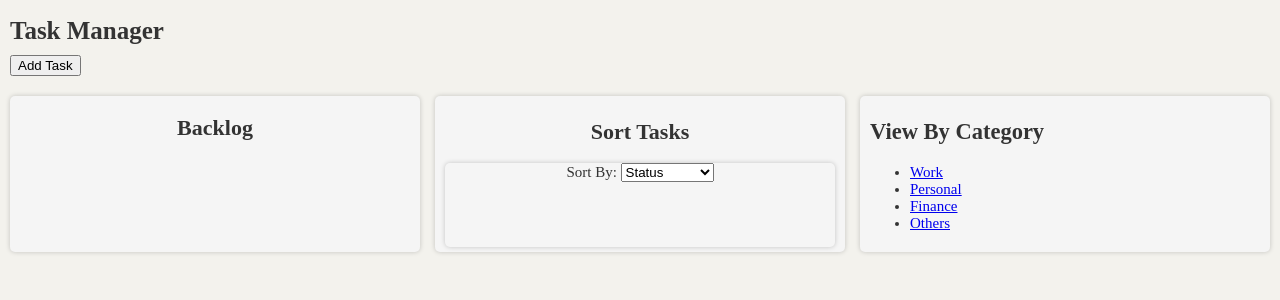
Repository: n-shen/task-tracker
Page: / (app in frontend/)
An editor plug-in stored every save of this project. The page is shown before and after the next save, followed by the edit.
The browser window is 1280 px wide. The pictures show the whole page.
The project was rebuilt for these pictures with package versions that can differ from the ones it lists, and the page was loaded fresh each time. Also part of the build but not shown: frontend/src/components/taskManager/addTask.jsx, frontend/src/components/tasks/task.jsx, frontend/src/components/taskManager/categoryTasks.jsx. Imported but missing from the stored project, and not drawn on this page: frontend/src/reportWebVitals.

Above is the page before, as saved 2023-04-20 14:11:12.

### frontend/public/index.html
<!DOCTYPE html>
<html lang="en">
  <head>
    <meta charset="utf-8" />
    <link rel="icon" href="%PUBLIC_URL%/favicon.ico" />
    <meta name="viewport" content="width=device-width, initial-scale=1" />
    <meta name="theme-color" content="#000000" />
    <meta
      name="description"
      content="Web site created using create-react-app"
    />
    <link rel="apple-touch-icon" href="%PUBLIC_URL%/logo192.png" />
    <!--
      manifest.json provides metadata used when your web app is installed on a
      user's mobile device or desktop. See https://developers.google.com/web/fundamentals/web-app-manifest/
    -->
    <link rel="manifest" href="%PUBLIC_URL%/manifest.json" />
    <!--
      Notice the use of %PUBLIC_URL% in the tags above.
      It will be replaced with the URL of the `public` folder during the build.
      Only files inside the `public` folder can be referenced from the HTML.

      Unlike "/favicon.ico" or "favicon.ico", "%PUBLIC_URL%/favicon.ico" will
      work correctly both with client-side routing and a non-root public URL.
      Learn how to configure a non-root public URL by running `npm run build`.
    -->
    <title>Task Tracker App</title>
  </head>
  <body>
    <noscript>You need to enable JavaScript to run this app.</noscript>
    <div id="root"></div>
    <!--
      This HTML file is a template.
      If you open it directly in the browser, you will see an empty page.

      You can add webfonts, meta tags, or analytics to this file.
      The build step will place the bundled scripts into the <body> tag.

      To begin the development, run `npm start` or `yarn start`.
      To create a production bundle, use `npm run build` or `yarn build`.
    -->
  </body>
</html>

### frontend/src/index.js
import React from "react";
import ReactDOM from "react-dom/client";
import "./styles/index.css";
import App from "./App";
import reportWebVitals from "./reportWebVitals";
import { BrowserRouter } from "react-router-dom";

const root = ReactDOM.createRoot(document.getElementById("root"));
root.render(
  <React.StrictMode>
    <BrowserRouter>
      <App />
    </BrowserRouter>
  </React.StrictMode>
);

// If you want to start measuring performance in your app, pass a function
// to log results (for example: reportWebVitals(console.log))
// or send to an analytics endpoint. Learn more: https://bit.ly/CRA-vitals
reportWebVitals();

### frontend/src/styles/index.css
body {
  margin: 0;
  font-family: -apple-system, BlinkMacSystemFont, 'Segoe UI', 'Roboto', 'Oxygen',
    'Ubuntu', 'Cantarell', 'Fira Sans', 'Droid Sans', 'Helvetica Neue',
    sans-serif;
  -webkit-font-smoothing: antialiased;
  -moz-osx-font-smoothing: grayscale;
  background-color: #f2f5f5;
}

code {
  font-family: source-code-pro, Menlo, Monaco, Consolas, 'Courier New',
    monospace;
}

html {
  font-size: 62.5%;
}

### frontend/src/App.js
import React from "react";
import TaskManager from "./components/taskManager/manager";


function App() {
  return (
    <div className="App">
      <TaskManager />
    </div>
  );
}

export default App;

### frontend/src/components/taskManager/manager.jsx
import React, { useState, useEffect } from "react";
import AddTaskForm from "./addTask";
import TaskList from "../tasks/taskLists";
import SortTasks from "./sortTasks";
import ViewByCategory from "./viewByCategory";
import CategoryTask from "./categoryTasks";
import { Routes, Route } from "react-router-dom";
import "../../styles/manager.css";

const TaskManager = () => {
  const [tasks, setTasks] = useState(
    JSON.parse(localStorage.getItem("tasks")) || []
  );
  const [showAddTask, setShowAddTask] = useState(false);

  useEffect(() => {
    localStorage.setItem("tasks", JSON.stringify(tasks));
  }, [tasks]);

  const handleAddTask = (task) => {
    setTasks([...tasks, task]);
    setShowAddTask(false);
  };

  const handleShowAddTask = () => {
    setShowAddTask(true);
  };

  const handleHideAddTask = () => {
    setShowAddTask(false);
  };

  const handleDeleteTask = (index) => {
    const newTasks = [...tasks];
    newTasks.splice(index, 1);
    setTasks(newTasks);
  };

  const handleEditTask = (index, newTask) => {
    const newTasks = [...tasks];
    newTasks[index] = newTask;
    setTasks(newTasks);
  };

  return (
    <div className="taskManager">
      <div className="taskManager--wrapper">
        <h1 className="taskManager--title">Task Manager</h1>
          <div className="taskManager--addTask">
            <div className="taskManager--addTask__btn">
              <button onClick={handleShowAddTask} className="addTask-btn">
                Add Task
              </button>
            </div>
            <div className="taskManager--addTask__container">
              {showAddTask && (
                <AddTaskForm
                  onAdd={handleAddTask}
                  onHideAddTask={handleHideAddTask}
                />
              )}
            </div>
          </div>
          <div className="taskManager--grid">
          <div className="taskManager--taskList">
            <TaskList
              tasks={tasks}
              onDelete={handleDeleteTask}
              onEdit={handleEditTask}
            />
          </div>
          <div className="taskManager--sort">
            <SortTasks tasks={tasks} />
          </div>
          <div className="taskManager--view">
            <Routes>
              <Route path="/" element={<ViewByCategory tasks={tasks} />} />
              <Route
                path="/category/:category"
                element={<CategoryTask tasks={tasks} />}
              />
            </Routes>
          </div>
        </div>
      </div>
    </div>
  );
};

export default TaskManager;

### frontend/src/components/tasks/taskLists.jsx

import React from "react";
import Task from "./task";
import "../../styles/taskList.css";

const TaskList = ({ tasks, onDelete, onEdit }) => {
  return (
    <div className="taskList">
      <h1 className="taskList--head">Backlog</h1>
      {tasks.map((task, index) => (
        <Task
          key={index}
          index={index}
          task={task}
          onDelete={onDelete}
          onEdit={onEdit}
        />
      ))}
    </div>
  );
};

export default TaskList;

### frontend/src/components/taskManager/sortTasks.jsx
import { React, useState } from "react";
import "../../styles/sortTasks.css";

const SortTask = ({ tasks }) => {
  const [sortBy, setSortBy] = useState("status");

  const sortedTasks =
    tasks?.slice().sort((a, b) => {
      switch (sortBy) {
        case "title":
          return a.title.localeCompare(b.title);
        case "status":
          return a.status.localeCompare(b.status);
        case "dateAdded":
          return new Date(a.dateAdded) - new Date(b.dateAdded);
        case "dueDate":
          return new Date(a.dueDate) - new Date(b.dueDate);
        case "category":
          return a.category.localeCompare(b.category);
        default:
          return 0;
      }
    }) || [];

  const handleSortBy = (e) => {
    setSortBy(e.target.value);
  };

  return (
    <div className="sort">
      <h2 className="sort--head">Sort Tasks</h2>
      <div className="sort--wrapper">
        <div className="sort--select">
          <label htmlFor="sort" className="sort--label">
            Sort By:{" "}
          </label>
          <select name="sort" value={sortBy} onChange={handleSortBy}>
            <option value="title" className="sort--option">
              Title
            </option>
            <option value="status" className="sort--option">
              Status
            </option>
            <option value="dateAdded" className="sort--option">
              Date Added
            </option>
            <option value="dueDate" className="sort--option">
              Due Date
            </option>
          </select>
        </div>
        <div>
          <ul className="sort--lists">
            {sortedTasks.map((task, index) => (
              <li key={index} className="sort--list">
                <p className="sort--list__item">{task.title}</p>
                <p className="sort--list__item">{task.description}</p>
                <p className="sort--list__item">Status: {task.status}</p>
                <p className="sort--list__item">Date Added: {task.dateAdded}</p>
                <p className="sort--list__item">Due Date: {task.dueDate}</p>
                <p className="sort--list__item">Category: {task.category}</p>
              </li>
            ))}
          </ul>
        </div>
      </div>
    </div>
  );
};

export default SortTask;

### frontend/src/components/taskManager/viewByCategory.jsx
import React from "react";
import { Link, useParams } from "react-router-dom";

const ViewByCategory = ({ tasks }) => {
  const categories = ["Work", "Personal", "Finance", "Others"];
  const { category } = useParams();

  const tasksByCategory = (category) => {
    return tasks.filter((task) => task.category === category);
  };

  return (
    <div>
      <h2>View By Category</h2>
      <ul>
        {categories.map((categoryName) => (
          <li key={categoryName}>
            <Link to={`/category/${categoryName}`}>
              {categoryName}
            </Link>
          </li>
        ))}
      </ul>
      {category && (
        <div>
          <h3>{category}</h3>
          <ul>
            {tasksByCategory(category).map((task, index) => (
              <li key={index}>
                <div>Title: {task.title}</div>
                <div>Description: {task.description}</div>
                <div>Status: {task.status}</div>
                <div>Due Date: {task.dueDate}</div>
                <div>Category: {task.category}</div>
              </li>
            ))}
          </ul>
        </div>
      )}
    </div>
  );
};

export default ViewByCategory;

### frontend/src/styles/manager.css
.taskManager {
    background-color: #f3f2ed;
    width: 100%;
    min-height: 100vh;
    display: flex;
    flex-direction: column;
    font-family: 'Fira Sans';
    font-size: 1.5rem;
    font-weight: 400;
    color: #333;
}

.taskManager--wrapper {
    padding: 0 1rem;
}

.taskManager--title {
    font-size: 2.5rem;
    font-weight: 700;
    margin-bottom: 1rem;
}

.taskManager--grid {
    display: grid;
    grid-template-columns: repeat(3, minmax(min-content, 1fr));
    grid-gap: 1.5rem;
    width: 100%;
    padding: 2rem 0;
}

.taskManager--grid > div {
    background-color: 	#F5F5F5;
    border-radius: 0.5rem;
    padding: .5rem 1rem;
    box-shadow: 0 0 0.5rem rgba(0, 0, 0, 0.2);
}

### frontend/src/styles/taskList.css
.taskList {
  display: flex;
  flex-direction: column;
  align-items: flex-start;
  width: 100%;
  height: 100%;
}

.taskList--head {
  align-self: center;
  font-size: 2.2rem;
  font-weight: 700;
}

.task {
  display: flex;
  flex-direction: column;
  align-items: flex-start;
  width: 100%;
  height: 100%;
  margin-bottom: 1rem;
}

.task--wrapper {
  display: flex;
  flex-direction: column;
  align-items: center;
  width: 100%;
  height: 100%;
  border-radius: 0.5rem;
  box-shadow: 0 0 0.5rem rgba(0, 0, 0, 0.2);
}

.task--item {
  display: flex;
  justify-content: center;
  align-items: center;
  width: 70%;
  height: 100%;
  border-bottom: 1px solid #00bfff;
  padding-bottom: 1rem;
  font-size: 1.3rem;
}

strong {
  font-weight: 700;
  margin-right: .5rem;
}

.task--item:last-child {
  border-bottom: none;
}

.task--btns {
  display: flex;
  justify-content: center;
  align-items: center;
  gap: 2rem;
  width: 100%;
  height: 100%;
  padding: 1rem;
}

.task--btn {
  border-radius: 1rem;
  background-color: #00bfff;
  color: #F5F5F5;
  font-size: 1.2rem;
  cursor: pointer;
  padding: 0.5rem 1rem;
  border: none;
  outline: none;
}

.task--btn:hover {
  color: #00bfff;
  background-color: #f3f2ed;
}

### frontend/src/styles/sortTasks.css
.sort {
  display: flex;
  flex-direction: column;
  align-items: flex-start;
  width: 100%;
  height: 100%;
}

.sort--head {
  align-self: center;
  font-size: 2.2rem;
  font-weight: 700;
}

.sort--wrapper {
  display: flex;
  flex-direction: column;
  align-items: center;
  width: 100%;
  height: 100%;
  border-radius: 0.5rem;
  box-shadow: 0 0 0.5rem rgba(0, 0, 0, 0.2);
}

After the next save:
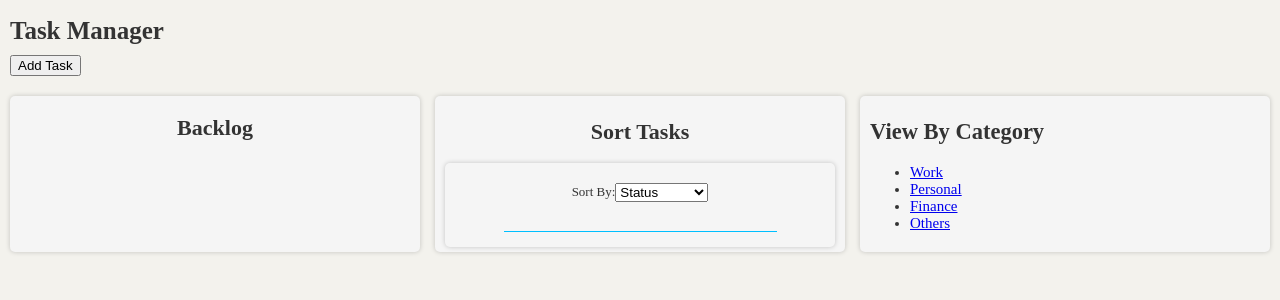
Saved 42 s later.
--- a/frontend/src/styles/sortTasks.css
+++ b/frontend/src/styles/sortTasks.css
@@ -21,3 +21,14 @@
   border-radius: 0.5rem;
   box-shadow: 0 0 0.5rem rgba(0, 0, 0, 0.2);
 }
+
+.sort--select {
+  display: flex;
+  justify-content: center;
+  align-items: center;
+  width: 70%;
+  height: 100%;
+  border-bottom: 1px solid #00bfff;
+  padding-bottom: 1rem;
+  font-size: 1.3rem;
+}
